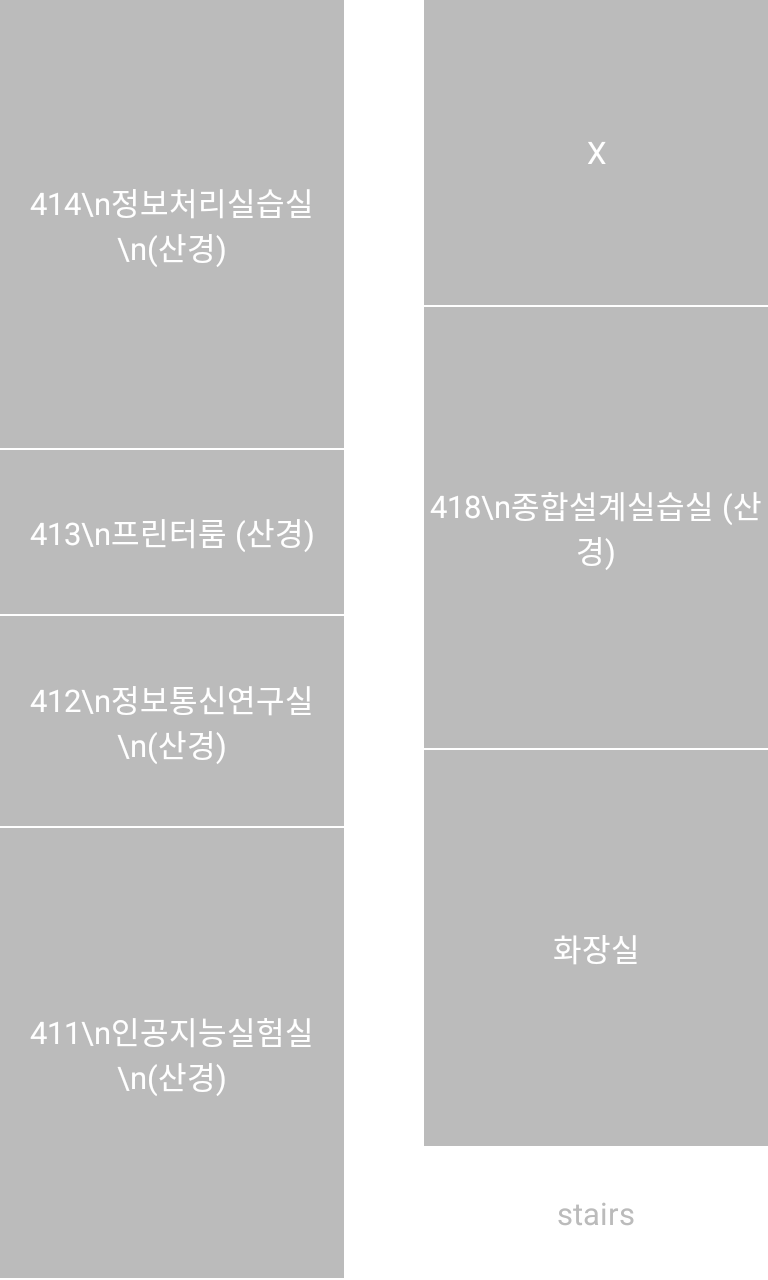
Repository: Choi-HyunWoo/Baddest
Layout: WorkOn_Hyunwoo/hansung.campusmap/res/layout/campus_gonghakb4.xml
These files come from the project's save history. The layout is drawn as it stood at one moment and after the next save; the edit follows.
It is drawn on a 768 x 1280 px phone screen (xhdpi) without system bars, with theme android:Theme.Light.NoTitleBar; the app's code is not run.

Above is the layout before, as saved 2014-05-30 13:13:40.

### WorkOn_Hyunwoo/hansung.campusmap/res/layout/campus_gonghakb4.xml
<?xml version="1.0" encoding="utf-8"?>
<LinearLayout  xmlns:android="http://schemas.android.com/apk/res/android"
    android:baselineAligned="false"
    android:layout_width="match_parent"
    android:layout_height="match_parent"
    android:orientation="horizontal" >

    <LinearLayout
        android:layout_width="fill_parent"
        android:layout_height="match_parent"
        android:layout_weight="1"
        android:orientation="vertical" >

        <Button
            android:text="414\n정보처리실습실\n(산경)"
            android:layout_weight="3"
            style="@style/RoomButton" />
        <Button
            android:text="413\n프린터룸 (산경)"
            android:layout_weight="1"
            style="@style/RoomButton" />
        <Button
            android:text="412\n정보통신연구실\n(산경)"
            android:layout_weight="1"
            style="@style/RoomButton" />
        <Button
            android:text="411\n인공지능실험실\n(산경)"
            android:layout_weight="3"
            style="@style/RoomButton" />

    </LinearLayout>

    <RelativeLayout
    	android:layout_width="40dp"
        android:layout_height="match_parent"
        android:orientation="vertical" >
	</RelativeLayout>

    <LinearLayout
        android:layout_width="fill_parent"
        android:layout_height="match_parent"
        android:layout_weight="1"
        android:orientation="vertical" >

        <Button
            android:text="X"
            android:layout_weight="3"
            style="@style/RoomButton" />
        <Button
            android:text="418\n종합설계실습실 (산경)"
            android:layout_weight="4"
            style="@style/RoomButton" />
        <Button
            android:text="화장실"
            android:layout_weight="4"
            style="@style/RoomButton" />
        <Button
            android:text="stairs"
            android:layout_weight="1"
            style="@style/WhitePlace" />

    </LinearLayout>
</LinearLayout>

### WorkOn_Hyunwoo/hansung.campusmap/res/values/styles.xml
<resources xmlns:android="http://schemas.android.com/apk/res/android">


    <style name="BuildingButton">
        <item name="android:background">@drawable/bt_selector</item>
        <item name="android:textColor">@color/White</item>
        <item name="android:gravity">center</item>
        <item name="android:textSize">6pt</item>
        <item name="android:layout_gravity">fill</item>
        <item name="android:layout_margin">2dp</item>
    </style>
    <style name="MapOthers">
		<item name="android:background">@color/White</item>
        <item name="android:textColor">@color/LightGray</item>
        <item name="android:gravity">center</item>
        <item name="android:textSize">5pt</item>
        <item name="android:layout_gravity">fill</item>
        <item name="android:layout_margin">2dp</item>
    </style>

    <style name="RoomButton">
        <item name="android:background">@drawable/bt_selector</item>
		<item name="android:layout_width">match_parent</item>
        <item name="android:layout_height">wrap_content</item>
        <item name="android:layout_marginBottom">1dp</item>
        <item name="android:gravity">center</item>
        <item name="android:textColor">@color/White</item>
        <item name="android:textSize">7pt</item>
    </style>
    <style name="WhitePlace">
        <item name="android:background">@color/White</item>
		<item name="android:layout_width">match_parent</item>
        <item name="android:layout_height">wrap_content</item>
        <item name="android:layout_marginBottom">1dp</item>
        <item name="android:gravity">center</item>
        <item name="android:textColor">@color/LightGray</item>
        <item name="android:textSize">7pt</item>
    </style>

    <style name="NullPlace">
        <item name="android:background">#dddddd</item>
		<item name="android:layout_width">match_parent</item>
        <item name="android:layout_height">wrap_content</item>
        <item name="android:layout_marginBottom">1dp</item>
        <item name="android:gravity">center</item>
        <item name="android:textColor">@color/LightGray</item>
        <item name="android:textSize">7pt</item>
    </style>

    <style name="FloorButton">
        <item name="android:background">@color/DarkGray</item>
		<item name="android:layout_width">wrap_content</item>
        <item name="android:layout_height">30dp</item>
        <item name="android:layout_marginRight">1dp</item>
        <item name="android:layout_weight">1</item>
        <item name="android:gravity">center</item>
        <item name="android:textColor">@color/White</item>
        <item name="android:textSize">6pt</item>
    </style>


</resources>

### WorkOn_Hyunwoo/hansung.campusmap/res/values/colors.xml
<resources>





    <color name="MainColor">#33B5E5</color>
    <color name="DarkSkyblue">#0099CC</color>
    <color name="White">#FFFFFF</color>
    <color name="Black">#000000</color>
    <color name="LightGray">#BBBBBB</color>
    <color name="DarkGray">#999999</color>

</resources>

### WorkOn_Hyunwoo/hansung.campusmap/res/drawable-hdpi/bt_selector.xml
<?xml version="1.0" encoding="utf-8"?>
<selector xmlns:android="http://schemas.android.com/apk/res/android" >
    <item android:state_pressed="true"
        android:drawable="@color/MainColor" /> <!-- pressed button color -->
    <item
        android:drawable="@color/LightGray" /> <!-- default button color -->
</selector>

After the next save:
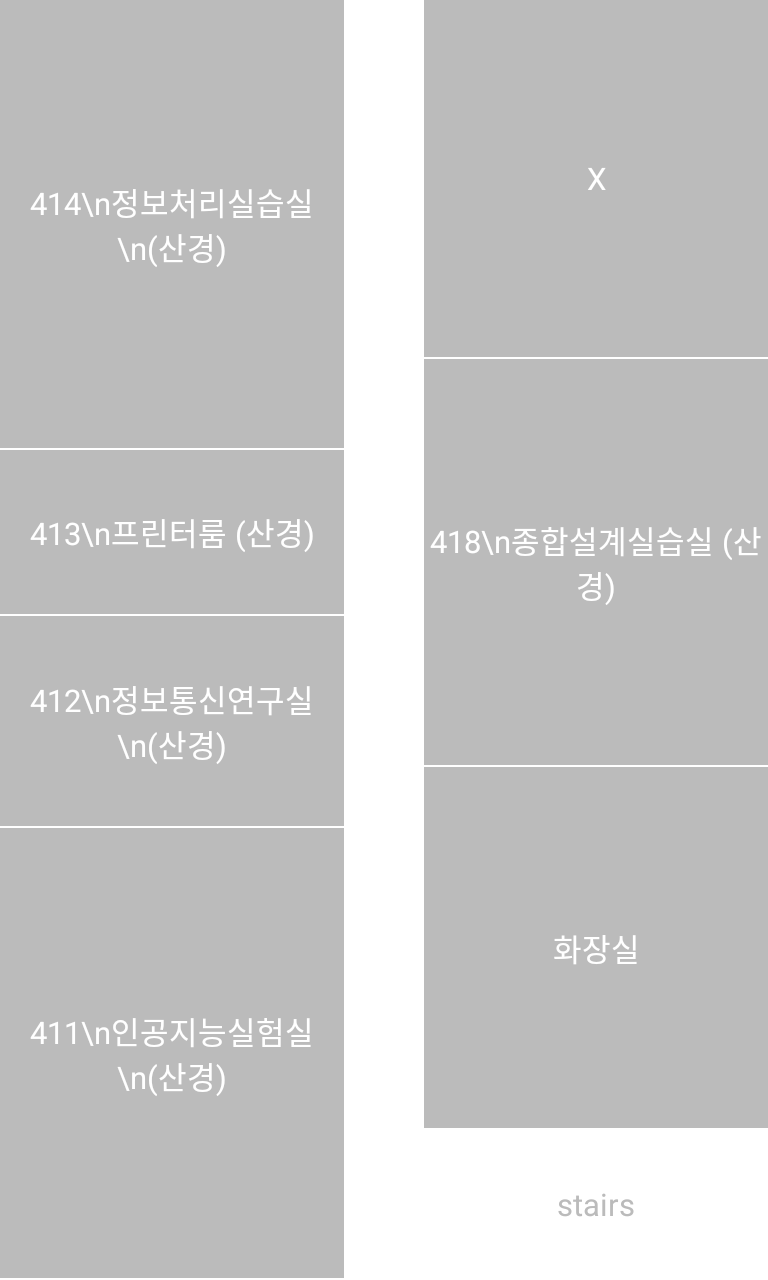
Saved 24 s later.
--- a/WorkOn_Hyunwoo/hansung.campusmap/res/layout/campus_gonghakb4.xml
+++ b/WorkOn_Hyunwoo/hansung.campusmap/res/layout/campus_gonghakb4.xml
@@ -48,11 +48,11 @@
             style="@style/RoomButton" />
         <Button
             android:text="418\n종합설계실습실 (산경)"
-            android:layout_weight="4"
+            android:layout_weight="3"
             style="@style/RoomButton" />
         <Button
             android:text="화장실"
-            android:layout_weight="4"
+            android:layout_weight="3"
             style="@style/RoomButton" />
         <Button
             android:text="stairs"
